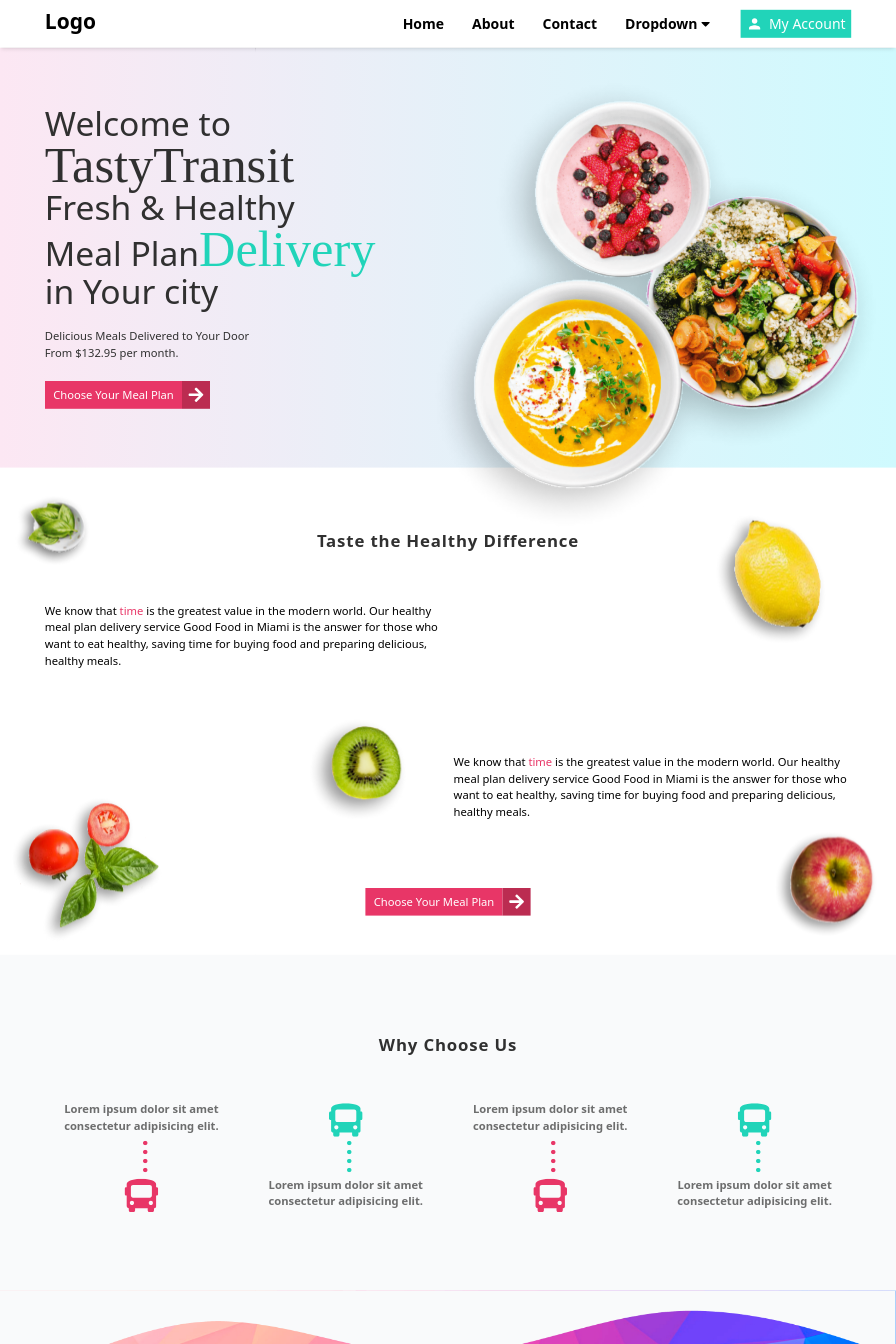
Repository: Ruchii02/restaurant-webpage
Page: / (app in my-project/)
An editor plug-in stored every save of this project. The page is shown before and after the next save, followed by the edit.
The browser window is 1280 px wide. The pictures show the part of the page from y = 0 to 1920 px (the page is 2848 px tall), at 70% of full size.
Some web fonts or font styles are not loaded; a fallback is used. The project was rebuilt for these pictures with package versions that can differ from the ones it lists, and the page was loaded fresh each time. Also part of the build but not shown: my-project/vite.config.js.

Above is the page before, as saved 2024-08-06 16:04:34.

### my-project/index.html
<!doctype html>
<html lang="en">
  <head>
    <meta charset="UTF-8" />
    <link rel="icon" type="image/svg+xml" href="/vite.svg" />
    <meta name="viewport" content="width=device-width, initial-scale=1.0" />
    <title>TastyTransit</title>
  </head>
  <body>
    <div id="root"></div>
    <script type="module" src="/src/main.jsx"></script>
  </body>
</html>

### my-project/src/App.jsx

import React, { useEffect, useState } from 'react'
import Navbar from './components/Navbar/Navbar'
import MainPage from './components/MainPage/MainPage'
import Banner from './components/Banner/Banner'
import WhyChoose from './components/WhyChoose/WhyChoose'
import About from './components/About/About'
import Footer from './components/Footer/Footer'
import Popup from './components/Popup/Popup'
import { duration, easing } from '@mui/material'
import AOS from "aos";
import "aos/dist/aos.css";
 const App = () => {
  const [showPopup , setShowPopup] = useState(false);

  const HandlePopup = ()=>{
    setShowPopup(true);
  };

  useEffect(()=>{
    AOS.init({
      offset: 100,
      duration: 800,
      easing: "ease-in-shine",
      delay : 100,
    });
    AOS.refresh();
  }, []);
  return (
    <div className="overflow-x-hidden">
      <Navbar HandlePopup={HandlePopup}/>
      <MainPage/>
      <Banner/>
      <WhyChoose/>
      <About HandlePopup={HandlePopup}/>
      <Footer/>
      <Popup showPopup={showPopup} setShowPopup={setShowPopup}/>
    </div>
  )
}



export default App

### my-project/src/index.css
@import url('https://fonts.googleapis.com/css2?family=Ephesis&display=swap');

@tailwind base;
@tailwind components;
@tailwind utilities;

### my-project/src/components/Navbar/Navbar.jsx
import React from 'react'
import {FaCaretDown} from "react-icons/fa";
import PersonIcon from '@mui/icons-material/Person';
const NavLinks = [
    {
        id: 1,
        name:"Home",
        link: "#"

    },
    {
        id: 1,
        name:"About",
        link: "#"

    },
    {
        id: 1,
        name:"Contact",
        link: "#"

    },
];

const DropdownLinks = [
    {
        id: 1,
        name: "Vegetables",
        link: "#",
    },
    {
        id: 2,
        name: "Fruits",
        link: "#",
    },
    {
        id: 3,
        name: "Grains",
        link: "#",
    },
    {
        id: 4,
        name: "Drinks",
        link: "#",
    },
]
 const Navbar = ({HandlePopup }) => {
  return (
    <>
    <div className='bg-white shadow-md'>
        <div className="container flex justify-between py-4 sm:py-3">
            {/*logo section*/}
         <div className='font-bold text-3xl'>
           Logo
         </div>
         {/*navbar section*/}
         <div>
            <ul className='flex items-center gap-10'>
                {
                    NavLinks.map(({id , name, link})=>(
                        <li key={id}>
                            <a href={link} className=' hidden sm:inline-block
                            hover:text-primary text-xl font-semibold'>{name}</a>
                        </li>
                    ))
                }
                {/*dropdown and links*/}
                <li className=' hidden md:block cursor-pointer group'>
                    <a href='#'
                         className='inline-block
                            hover:text-primary text-xl font-semibold'>
                                <div className='flex items-center gap-[2px] py-2'>
                                  Dropdown
                                  <span>
                                    <FaCaretDown className='group-hover:rotate-180 duration-300'/>
                                  </span>
                                </div>
                            </a>
                            {/*dropdown section*/}
                            <div className='absolute z-[9999] hidden group-hover:block w-[200px] bg-white text-black shadow-md p-2'>
                                <ul>
                                    {
                                        DropdownLinks.map(({id, name, link})=>(
                                            <li key={id}>
                                                <a href={link}
                                                  className='inline-block w-full rounded-md p-2
                                                  hover:bg-primary/20 text-xl '>
                                                    {name}
                                                  </a>
                                            </li>
                                        ))
                                    }
                                </ul>
                            </div>
                </li>
                {/*Login button*/}
                <li>
                   <button onClick={HandlePopup} className='flex justify-center
                    items-center gap-2
                    bg-secondary
                    h-[40px] text-xl text-white px-2
                    py-2 hover:scale-105 duration-300'>
                    <PersonIcon/>
                    My Account
                    </button>
                </li>
            </ul>
         </div>
        </div>
    </div>
    </>
  )
}

export default Navbar;

### my-project/src/components/MainPage/MainPage.jsx
import React from 'react'
import main_bg from "../../assets/main.png"
import PrimaryButton from '../shared/PrimaryButton'
const MainPage = () => {
  return (
    <>
    <div className='relative z-[-1] bg-gradient-to-r from-pink-100 to-cyan-100'>
        <div className="container py-16 sm:py-0">
            <div className="grid grid-cols-1 sm:grid-cols-2 gap-4
                place-items-center min-h-[600px]">

               {/*text-content section*/}
               <div className='space-y-7 text-dark order-2 sm:order-1'>
                 <h1 data-aos = "fade-up" className='text-5xl'>Welcome to <span className='text-primary-dark font-cursive text-7xl'>TastyTransit</span> <br /> Fresh & Healthy <br></br> Meal Plan
                       <span className='text-secondary font-cursive text-7xl'>Delivery</span> <br>
                       </br>{"  "}
                        in Your city
                     </h1>
                   <p data-aos = "fade-up"
                      data-aos-delay="300"
                     className='lg:pr-64'>
                     Delicious Meals Delivered to Your Door
                     From $132.95 per month.

                     </p>

                     {/*button section*/}
                     <div data-aos = "fade-up"
                      data-aos-delay="500">
                     <PrimaryButton/>
                     </div>
               </div>
               {/*image section*/}
                 <div data-aos = "zoom-in"
                      data-aos-delay="500"
                   className='relative z-30 order-1 sm:order-2'>
                    <img src={main_bg} alt='' className='w-full sm:scale-125
                          sm:translate-y-16'/>
                 </div>
            </div>
        </div>

    </div>
    </>
  )
}

export default MainPage

### my-project/src/components/WhyChoose/WhyChoose.jsx
import React from 'react'
import { FaBus } from 'react-icons/fa'

const WhyChoose = () => {
  return (
   <>
   <div className="py-14 md:py-28
   bg-gray-50">
    <div className="container">
        {/*heading section*/}
        <h1 data-aos="fade"
          className='pb-16 tracking-wider
            text-2xl font-semibold text-dark
            text-center'>
                Why Choose Us
                </h1>

                {/*card section*/}
                <div data-aos="fade" data-aos-delay="300" >
                    <div className='grid grid-cols-2
                    md:grid-cols-4 gap-14 sm:gap-4 '>
                    {/*first card*/}
                    <div className='text-center flex justify-center
                        items-center flex-col gap-2 px-2'>
                           <p className='text-dark/70 font-semibold'>
                             Lorem ipsum dolor sit amet consectetur adipisicing elit.
                            </p>
                            <p className='text-5xl rotate-90 text-primary text-center
                                 translate-x-5'>....</p>
                            <FaBus className='text-5xl text-primary'/>
                    </div>
                    {/*second card*/}
                    <div className='text-center flex justify-center
                        items-center flex-col gap-1 px-3'>
                           <FaBus className='text-5xl text-secondary'/>
                           <p className='text-5xl rotate-90 text-secondary text-center
                                 translate-x-5'>....</p>
                           <p className='text-dark/70 font-semibold'>
                             Lorem ipsum dolor sit amet consectetur adipisicing elit.
                            </p>

                    </div>
                    {/*third card*/}
                    <div className='text-center flex justify-center
                        items-center flex-col gap-2 px-2'>
                           <p className='text-dark/70 font-semibold'>
                             Lorem ipsum dolor sit amet consectetur adipisicing elit.
                            </p>
                            <p className='text-5xl rotate-90 text-primary text-center
                                 translate-x-5'>....</p>
                            <FaBus className='text-5xl text-primary'/>
                    </div>
                     {/*fourth card*/}
                     <div className='text-center flex justify-center
                        items-center flex-col gap-1 px-3'>
                           <FaBus className='text-5xl text-secondary'/>
                           <p className='text-5xl rotate-90 text-secondary text-center
                                 translate-x-5'>....</p>
                           <p className='text-dark/70 font-semibold'>
                             Lorem ipsum dolor sit amet consectetur adipisicing elit.
                            </p>

                    </div>
                    </div>
                </div>
    </div>
   </div>
   </>
  )
}

export default WhyChoose

### my-project/src/components/About/About.jsx
import React from 'react'
import BgPolygon from "../../assets/polygon.png"
import Vector from"../../assets/vector-wave.png";
import PersonIcon from '@mui/icons-material/Person';
const bgStyle = {
    backgroundImage: `url(${BgPolygon})`,
    backgroundRepeat: "no-repeat",
    backgroundPosition: "center",
    backgroundSize: "cover",
    width: "100%",
    height:"100%",
    position: "relative",
};

const About = ({HandlePopup}) => {
  return (
    <>
    <div style={bgStyle} className='py-14'>
        <div className="container min-h-[500px]
            relative z-10">
                <h1 className='pt-20 tracking-wider text-4xl font-semibold
                 text-white text-center'>
                  About Us
                </h1>
                {/*card-section*/}
                <div data-aos="fade"
                      data-aos-delay="300"
                     className='bg-white/80 p-10 my-10'>
                    Lorem ipsum dolor sit amet consectetur
                     adipisicing elit. Delectus, rerum saepe.
                     Officiis aliquid delectus tempore labore esse
                      incidunt neque molestias animi est? Animi voluptates,
                     in at commodi quaerat ullam dolorum!
                     Lorem ipsum dolor sit amet consectetur
                     adipisicing elit. Delectus, rerum saepe.
                     Officiis aliquid delectus tempore labore esse
                      incidunt neque molestias animi est? Animi voluptates,
                     in at commodi quaerat ullam dolorum!
                     Lorem ipsum dolor sit amet consectetur
                     adipisicing elit. Delectus, rerum saepe.
                     Officiis aliquid delectus tempore labore esse
                      incidunt neque molestias animi est? Animi voluptates,
                     in at commodi quaerat ullam dolorum!
                     Lorem ipsum dolor sit amet consectetur
                     adipisicing elit. Delectus, rerum saepe.
                     Officiis aliquid delectus tempore labore esse
                      incidunt neque molestias animi est? Animi voluptates,
                     in at commodi quaerat ullam dolorum!
                     <div className='pt-10 flex justify-center'>
                     <button onClick={HandlePopup} className='flex justify-center
                    items-center gap-2
                    bg-primary
                    h-[40px] text-xl text-white px-5
                    py-2 hover:scale-105 duration-300'>
                    <PersonIcon/>
                    My Account
                    </button>
                     </div>
                </div>
        </div>
        {/* wave-vector */}
        <div className='absolute top-0 w-full
              right-0 '>
            <img src={Vector} alt='' className='mx-auto' />
        </div>

    </div>
    </>
  )
}

export default About

### my-project/src/components/Footer/Footer.jsx
import React from 'react'
import PhoneInTalkIcon from '@mui/icons-material/PhoneInTalk';
import EmailIcon from '@mui/icons-material/Email';
import CopyrightIcon from '@mui/icons-material/Copyright';
import LocationOnIcon from '@mui/icons-material/LocationOn';
const Footer = () => {
  return (
    <>
    <div className='text-white mt-20'>
       <div data-aos="fade-down"  className="container bg-gradient-to-b
            from-primary to-primaryDark rounded-t-3xl">
          {/* heading-section */}
               <h1 className='py-10 text-3xl font-bold
                  text-yellow text-center'>
                  Contact Us
                </h1>

            {/* grid-section */}
            <div className='grid grid-cols-1 sm:grid-cols-2
               md:grid-cols-3 gap-14 border-b-2
               border-white pb-6'>
                {/* address-section */}
                <div className='text-center space-y-4'>
                    <div className='flex justify-center'>
                      <LocationOnIcon className='text-5xl'/>
                    </div>
                    <p>
                        Lorem ipsum dolor, sit amet <br />
                        consectetur adipisicing elit. Aliquid
                        at laudantium
                    </p>
                </div>
                 {/* email-section */}
                 <div className='text-center space-y-4'>
                    <div className='flex justify-center'>
                      <EmailIcon className='text-5xl'/>
                    </div>
                    <div>
                    <p>Info@goodfood.com</p>
                    <p>Hr@goodfood.com</p>
                    </div>
                </div>
               {/* Number-section */}
               <div className='text-center space-y-4'>
                    <div className='flex justify-center'>
                      <PhoneInTalkIcon className='text-5xl'/>
                    </div>
                    <div>
                    <p>555-123-4567 - Sales and Services</p>
                    <p>917-555-4321 - Queries</p>
                    <p>646-555-9876 - Whatsapp</p>
                    </div>
                </div>
            </div>
            {/* copyright-section */}
            <div className='flex justify-between p-4 items-center'>
                <p><CopyrightIcon/> 2024 TCJ . All rights reserved</p>
                <div className='flex items-center gap-6'>
                    <a href='#'>Privacy Policy</a>
                    <a href='#'>Terms & Conditions</a>
                </div>
            </div>
       </div>
    </div>
    </>
  )
}

export default Footer

### my-project/src/components/Popup/Popup.jsx
import React from 'react'
import CloseIcon from '@mui/icons-material/Close';
import GoogleIcon from '@mui/icons-material/Google';
import FacebookIcon from '@mui/icons-material/Facebook';
const Popup = ({showPopup , setShowPopup})=>{
    return (
        <>
        {
             showPopup && (
              <div>
                <div className="h-screen w-screen fixed top-0
                  left-0 bg-black/50 z-50 backdrop-blur-sm">
                    <div className='fixed top-1/2 left-1/2
                       -translate-x-1/2 -translate-y-1/2 p-4
                         shadow-md bg-white rounded-md duration-200 w-[300px]'>
                      {/* header-section */ }
                       <div className='flex items-center justify-between'>
                        <div>
                            <h1 className='text-2xl font-bold
                               text-dark'>Login</h1>
                        </div>
                        <div>
                            <CloseIcon className='text-2xl cursor-pointer'
                              onClick={()=> setShowPopup(false)} />
                        </div>
                       </div>
                       {/* loginForm-section*/}
                       <div className='mt-4'>
                          <input type='email' placeholder='enter email'
                              className='w-full rounded-md border border-gray-300
                              dark:border-gray-500 px-2 py-1 mb-4'   />

                              <input type='password' placeholder='enter password'
                            className='w-full rounded-md border border-gray-300
                              dark:border-gray-500 px-2 py-1 mb-4'   />

                              {/* loginButton-section*/}
                              <div>
                                <button
                                   className='w-full bg-primary text-white
                                      p-2 rounded-md'  onClick={()=> setShowPopup(false)}>Login Now</button>
                              </div>

                               {/* loginSocial-section*/}

                                 <div className='mt-4'>
                                    <p className='text-center'>or Login with</p>
                                    <div className='flex justify-center gap-2 mt-2'>
                                       <GoogleIcon className='text-5xl hover:text-primary duration-200 ' />
                                       <FacebookIcon className='text-5xl hover:text-blue-500 duration-200 '/>
                                    </div>
                                 </div>
                       </div>
                    </div>
                </div>
              </div>
            )
        }
        </>
    )
};

export default Popup;

### my-project/src/components/shared/PrimaryButton.jsx
import React from 'react'
import { FaArrowRight } from 'react-icons/fa'
const PrimaryButton = () => {
  return (
    <>
    <div className='flex items-center group'>
        <button className='bg-primary h-[40px] text-white px-3 py-2'>
            Choose Your Meal Plan
        </button>
        <FaArrowRight className='inline-block
         group-hover:!translate-x-2 duration-200
         p-2 text-base h-[40px] w-[40px] bg-primaryDark text-white'/>
    </div>
    </>
  )
}

export default PrimaryButton

Loaded but not shown: my-project/src/main.jsx (common file); my-project/tailwind.config.js (31 lines, source omitted); my-project/src/components/Banner/Banner.jsx (101 lines, source omitted)

After the next save:
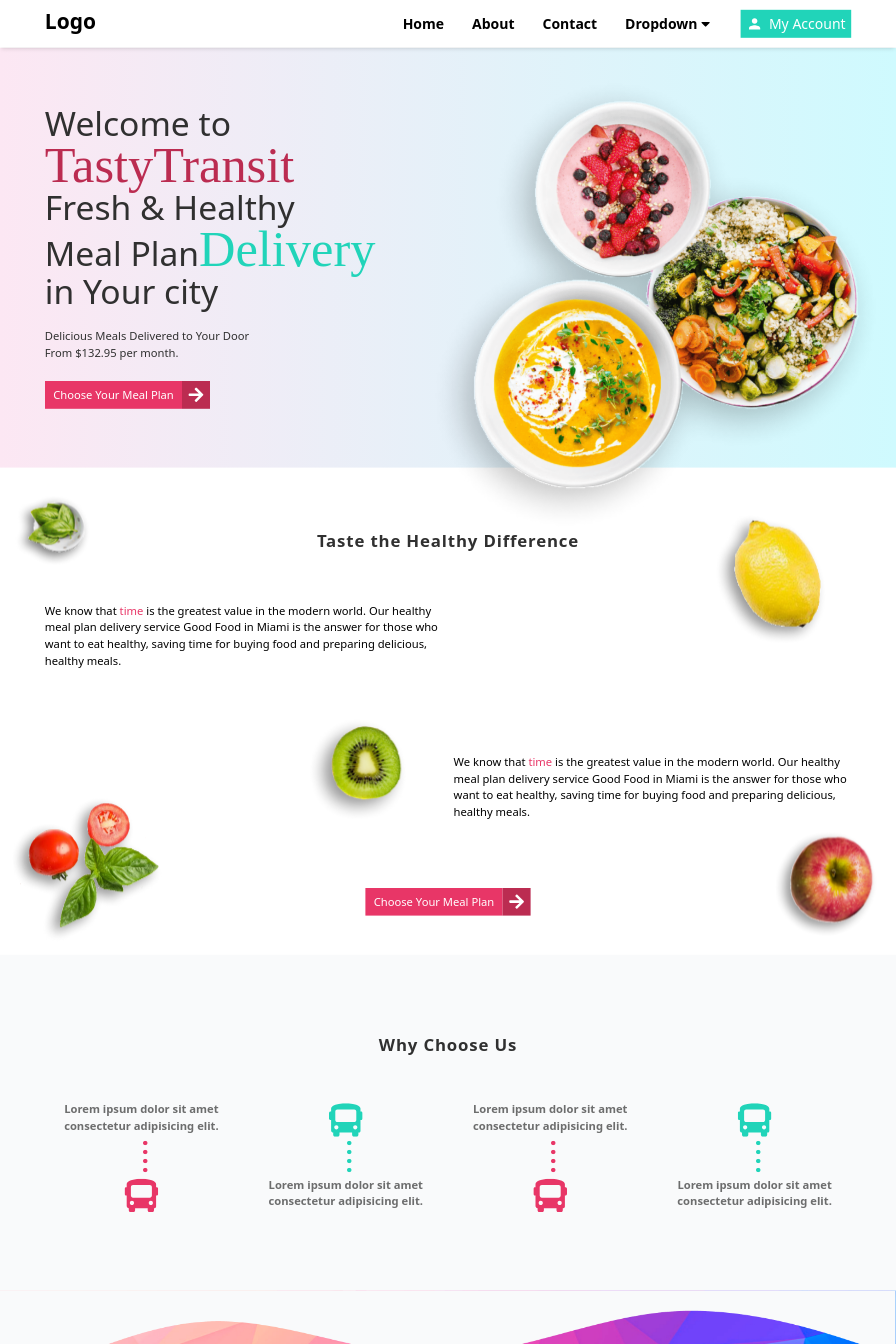
Saved 27 s later.
--- a/my-project/src/components/MainPage/MainPage.jsx
+++ b/my-project/src/components/MainPage/MainPage.jsx
@@ -11,7 +11,7 @@ const MainPage = () => {
 
                {/*text-content section*/}
                <div className='space-y-7 text-dark order-2 sm:order-1'>
-                 <h1 data-aos = "fade-up" className='text-5xl'>Welcome to <span className='text-primary-dark font-cursive text-7xl'>TastyTransit</span> <br /> Fresh & Healthy <br></br> Meal Plan
+                 <h1 data-aos = "fade-up" className='text-5xl'>Welcome to <span className='text-primaryDark font-cursive text-7xl'>TastyTransit</span> <br /> Fresh & Healthy <br></br> Meal Plan
                        <span className='text-secondary font-cursive text-7xl'>Delivery</span> <br>
                        </br>{"  "}
                         in Your city
